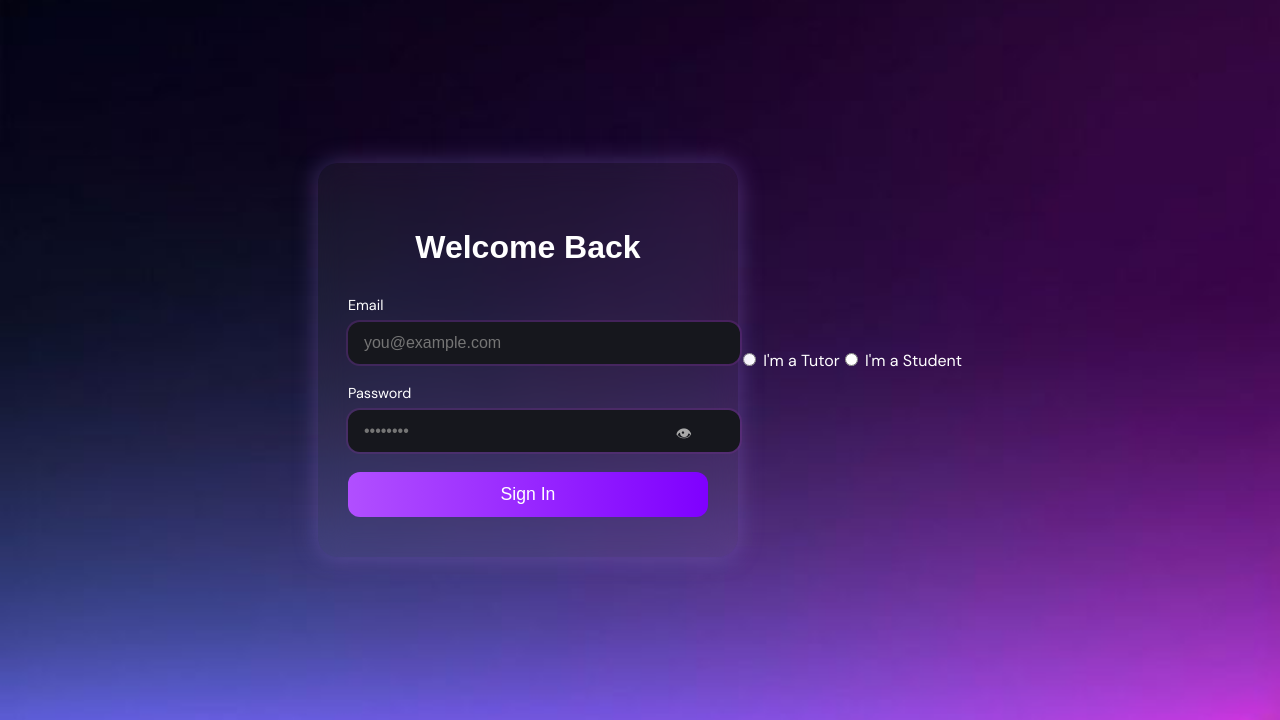
Repository: damndana/UIREN
Page: http://localhost/signin/
An editor plug-in stored every save of this project. The page is shown before and after a run of saves, followed by the edit.
The browser window is 1280 px wide. The pictures show the whole page.
The page is served by the project's application, run on Django 5.2 (manage.py).

Above is the page before, as saved 2025-03-28 22:57:52.

After the next 2 saves:
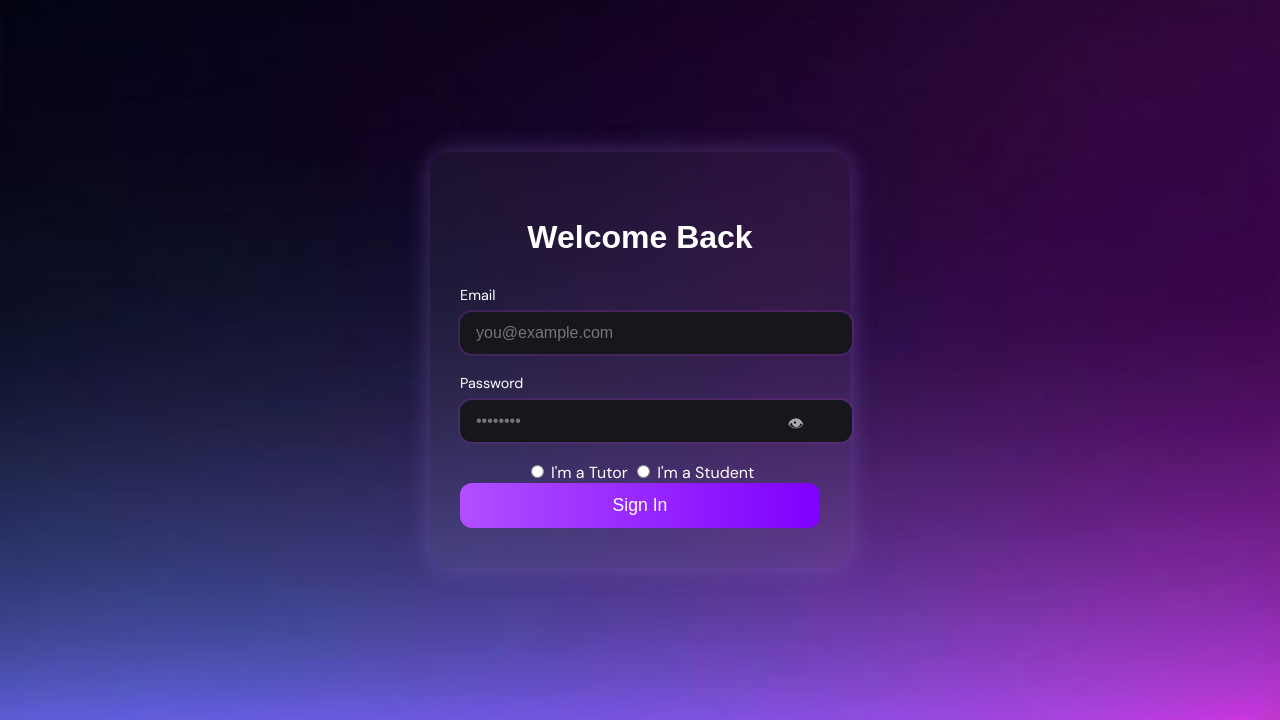
The 2 saves are shown as one change because they came seconds apart.
The last was saved 24 s later.
--- a/main/templates/signin.html
+++ b/main/templates/signin.html
@@ -25,13 +25,15 @@
         <span class="toggle-password" onclick="togglePassword()">👁</span>
       </div>
 
+      <!-- ✅ Role selection INSIDE the form -->
+      <div class="role-selection">
+        <label><input type="radio" name="role" value="tutor" required /> I'm a Tutor</label>
+        <label><input type="radio" name="role" value="student" /> I'm a Student</label>
+      </div>
+
       <button type="submit" class="signin-btn">Sign In</button>
-
-
     </form>
   </div>
-  <label><input type="radio" name="role" value="tutor" required> I'm a Tutor</label>
-  <label><input type="radio" name="role" value="student"> I'm a Student</label>
 
   <script>
     function togglePassword() {
